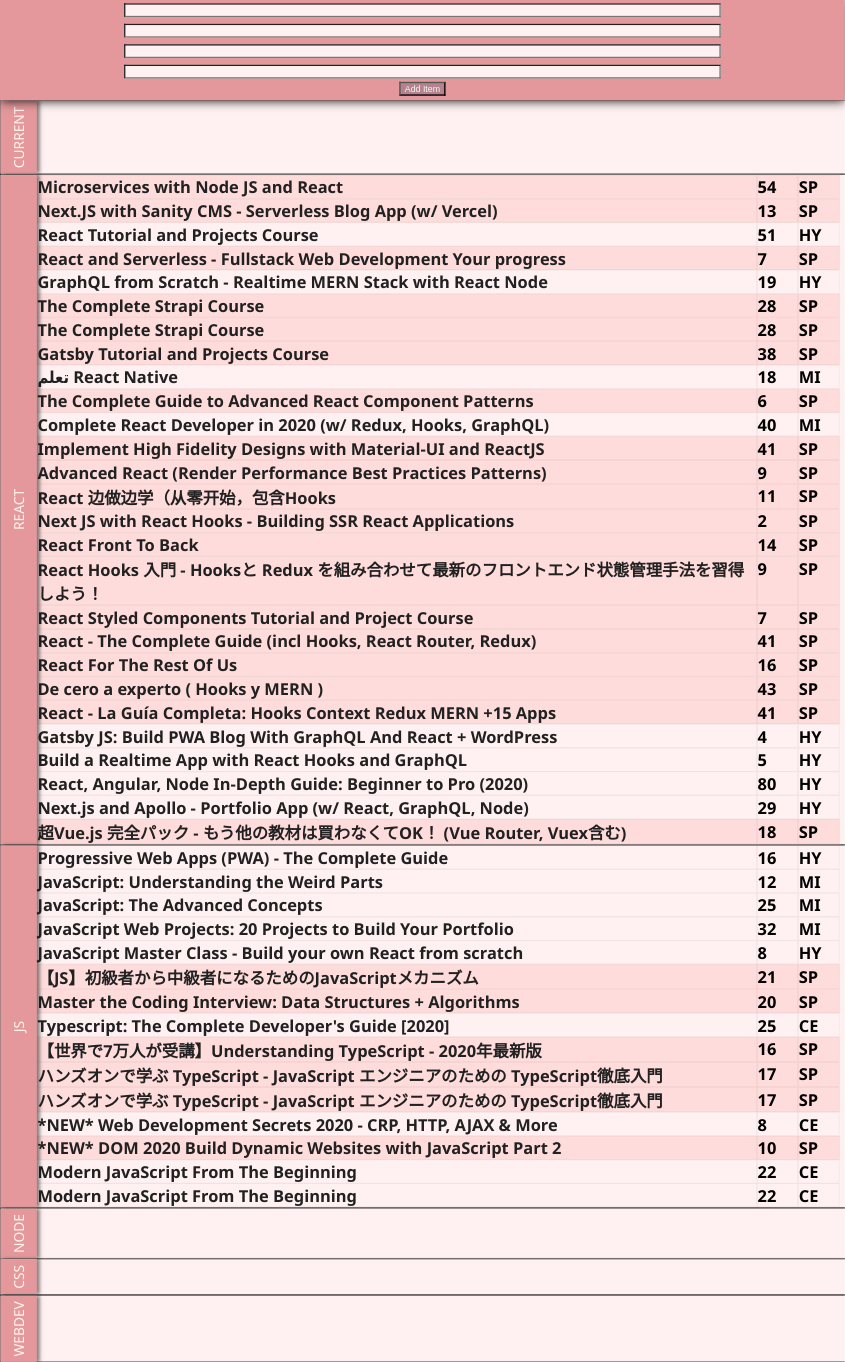
Repository: ClementLight/plan
Page: codicrs.html
The author's editor kept a copy of each file at every save. The page is drawn from the files as they stood at one save, then again after the next save.
The browser window is 1280 px wide. The pictures show the whole page, at 66% of full size.

Above is the page before, as saved 2020-09-01 14:31:25.

After the next save:
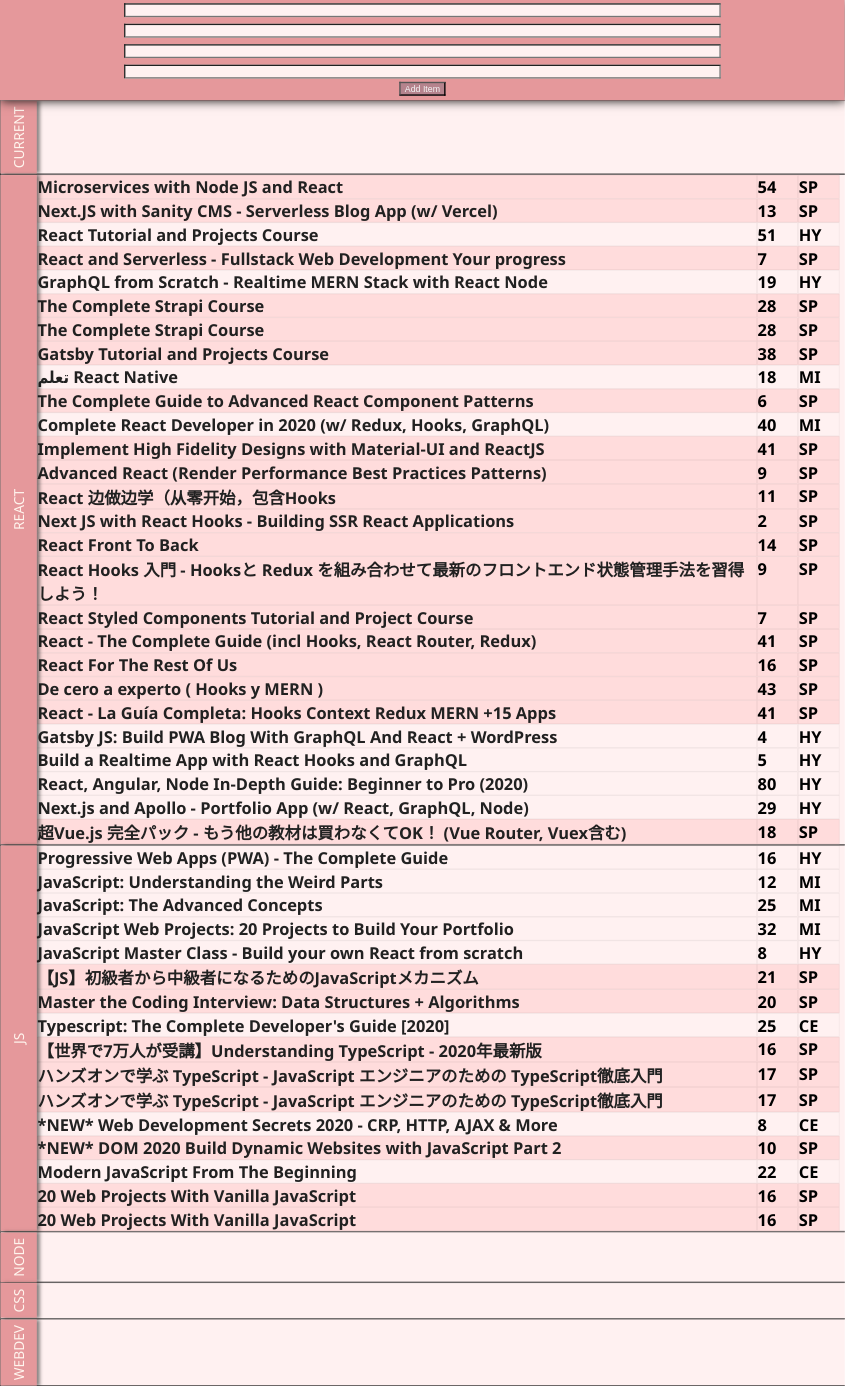
Saved 20 s later.
--- a/jsondata.js
+++ b/jsondata.js
@@ -409,9 +409,18 @@
     id: "42",
     subject: "Javascript",
     tags: "Javascript, Optimization",
-    hours: 22,
-    account: "CE",
-    title: "Modern JavaScript From The Beginning",
+    hours: 16,
+    account: "SP",
+    title: "20 Web Projects With Vanilla JavaScript",
     url: "https://www.udemy.com/course/web-projects-with-vanilla-javascript/learn/lecture/17842028?start=210#overview",
   },
+  {
+    id: "43",
+    subject: "Javascript",
+    tags: "Javascript, Optimization",
+    hours: 16,
+    account: "SP",
+    title: "20 Web Projects With Vanilla JavaScript",
+    url: "https://www.udemy.com/course/web-projects-with-vanilla-javascript/learn/lecture/17842028?start=210#overview",
+  },
 ]
